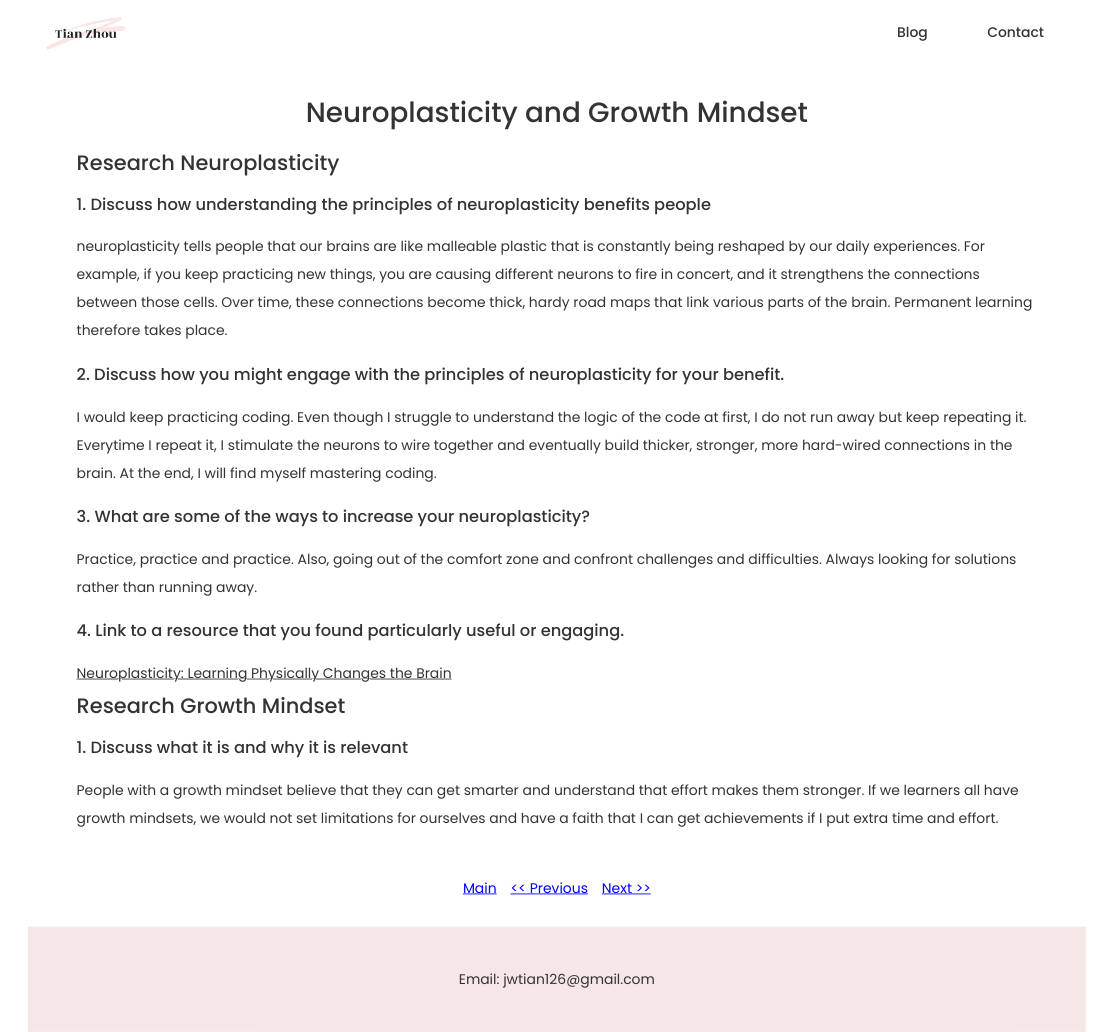
Repository: Tiaanz/Tiaanz.github.io
Page: blog/neuroplasticity.html
These files come from the project's save history. The page is drawn as it stood at one moment and after the next save; the edit follows.
The browser window is 1280 px wide. The pictures show the whole page, at 87% of full size.

Above is the page before, as saved 2023-01-30 14:34:36.

### blog/neuroplasticity.html
<!DOCTYPE html>
<html lang="en">

<head>
    <meta charset="UTF-8">
    <meta http-equiv="X-UA-Compatible" content="IE=edge">
    <meta name="viewport" content="width=device-width, initial-scale=1.0">
    <link rel="stylesheet" href="../styles/main.css">
    <link href="https://fonts.googleapis.com/css2?family=Poppins:wght@300;400;500;600;700;800&display=swap"
        rel="stylesheet">
    <title>Neuroplasticity and Growth Mindset</title>
</head>

<body>
    <div class="container">
        <header>
            <div class="logo">
                <a href="../index.html"><img src="../images/logo.png" alt="logo"></a>
            </div>
            <div class="nav">
                <a href="../index.html#blogs">Blog</a>
                <a href="#footer">Contact</a>
            </div>
        </header>
        <main class="main-blog">
            <h1>Neuroplasticity and Growth Mindset</h1>
            <h2>Research Neuroplasticity</h2>
            <h3>1. Discuss how understanding the principles of neuroplasticity benefits people</h3>
            <p>neuroplasticity tells people that our brains are like malleable plastic that is constantly being reshaped
                by our daily experiences. For example, if you keep practicing new things, you are causing different
                neurons to fire in concert, and it strengthens the connections between those cells. Over time, these
                connections become thick, hardy road maps that link various parts of the brain. Permanent learning
                therefore takes place.
            </p>
            <h3>2. Discuss how you might engage with the principles of neuroplasticity for your benefit.</h3>
            <p>I would keep practicing coding. Even though I struggle to understand the logic of the code at first, I do not run away but keep repeating it. Everytime I repeat it, I stimulate the neurons to wire together and eventually build thicker, stronger, more hard-wired connections in the brain. At the end, I will find myself mastering coding.</p>
            <h3>3. What are some of the ways to increase your neuroplasticity?</h3>
            <p>Practice, practice and practice. Also, going out of the comfort zone and confront challenges and difficulties. Always looking for solutions rather than running away.</p>
            <h3>4. Link to a resource that you found particularly useful or engaging.</h3>
            <p><a href="https://www.edutopia.org/neuroscience-brain-based-learning-neuroplasticity">Neuroplasticity: Learning Physically Changes the Brain</a></p>
            <h2>Research Growth Mindset</h2>
            <h3>1. Discuss what it is and why it is relevant</h3>
            <p>People with a growth mindset believe that they can get smarter and understand that effort makes them stronger. If we learners all have growth mindsets, we would not set limitations for ourselves and have a faith that I can get achievements if I put extra time and effort. </p>
            <h3></h3>
            <div class="page-nav">
                <a href="../index.html">Main</a>
                <a href="./emotional-intelligence.html"> &lt&lt Previous</a>
                <a href="#">Next >></a>
            </div>
        </main>
        <footer id="footer">
            <span>Email: jwtian126@gmail.com</span>
        </footer>
    </div>
</body>

</html>

### styles/main.css
* {
  margin: 0;
  padding: 0;
  box-sizing: border-box;
}

a {
  text-decoration: none;
  color: #333;
}



li{
  list-style: none;
}

img {
  max-width: 100%;
  height: auto;
  vertical-align: middle;
}

body {
  font-family: "Poppins", sans-serif;
  color: #333;
}

.container {
  display: flex;
  flex-direction: column;
  width: 95vw;
  margin: 0 auto;

}

header {
  display: flex;
  justify-content: space-between;
  align-items: center;
  padding: 1rem;
}

.logo {
  width: 100px;
  height: auto;
}



.nav a {
  margin: 0 1rem;
  padding: 0 1rem;
  font-weight: 500;
}

.nav a:hover {
  background-color: #f6e7e6;
}

main {
  display: flex;
  padding: 2rem 3rem;
}

main .profile-image {
  width: 100%;
  flex: 1.5;
  margin-right: 2rem;

}

main .introduction {
  flex: 1;
}

main .introduction h1 {
  margin-bottom: 1.5rem;
  font-weight: 500;
  font-size: 2.5rem;
}

main .introduction p {
  line-height: 2rem;
}

.blogs{
  display: flex;
  padding:1rem 3rem;
  margin-bottom: 2rem;

}

.blogs .tech-blog, .blogs .core-blog {
  flex:1;
  padding:0 3px;
  margin:0 3rem;
  text-align: center;
  border:2px solid #f6e7e6;
  border-radius: 20px;
}



.blogs h3{
  margin: 1rem 0;
  font-weight: 600;
  text-align: center;

}



.blogs a{
  text-decoration: underline;
  line-height: 2rem;
}

.main-blog{
    flex-direction: column;
    align-self: center;
    max-width: 1200px;
}

.main-blog h1{
  margin-bottom: 1rem;
  text-align: center;
  font-size: 2rem;
  font-weight: 500;

}

.main-blog h2{
  font-weight: 500;
}

.main-blog h3{
  font-weight: 500;
  margin:1rem 0;
}

.main-blog ul li{
  margin-bottom: 0.5rem;
}

.main-blog .css-image{
 max-width: 300px;
 margin: 1rem 0;
}

.main-blog .div-image{
  max-width: 600px;
  margin-top: 1rem;
 }

 .main-blog p{
  margin: 0.2rem 0;
  line-height: 2rem;
 }

 .main-blog a{
  text-decoration: underline;
 }

 .main-blog .page-nav{
  margin-top: 1rem;
  display: flex;
  gap:1rem;
  justify-content: center;
 }

 .main-blog .page-nav a{
  color:blue;
  text-decoration: underline;
 }

footer {
  padding: 3rem;
  background-color: #f6e7e6;
  text-align: center;
}

@media screen and (max-width: 1200px) {
  main {
    flex-direction: column;
  }

  main .introduction h1 {
    margin-top: 1rem;
    text-align: center;
  }

  main .introduction p {
    line-height: 2rem;
  }

  .blogs{
  flex-direction: column;
  gap:2rem;
  }

  .blogs .tech-blog, .blogs .core-blog{
    margin:0;
  }

}

@media screen and (max-width: 768px) {
  main {
    padding: 2rem;
  }

  main .introduction h1 {
    font-size: 2rem;
  }

  .main-blog h1{
    font-size: 1.5rem;
  }
}

@media screen and (max-width: 400px) {

    .nav a {
        margin: 0;
        padding: 0 0.4rem;
      }

      .blogs a{
        line-height: 2.5rem;
      }

  }

@media screen and (max-width: 320px) {


  main .introduction h1 {
    font-size: 1rem;
    margin-bottom: 1rem;
  }

  .main-blog h1{
    font-size: 1.2rem;
  }
}

After the next save:
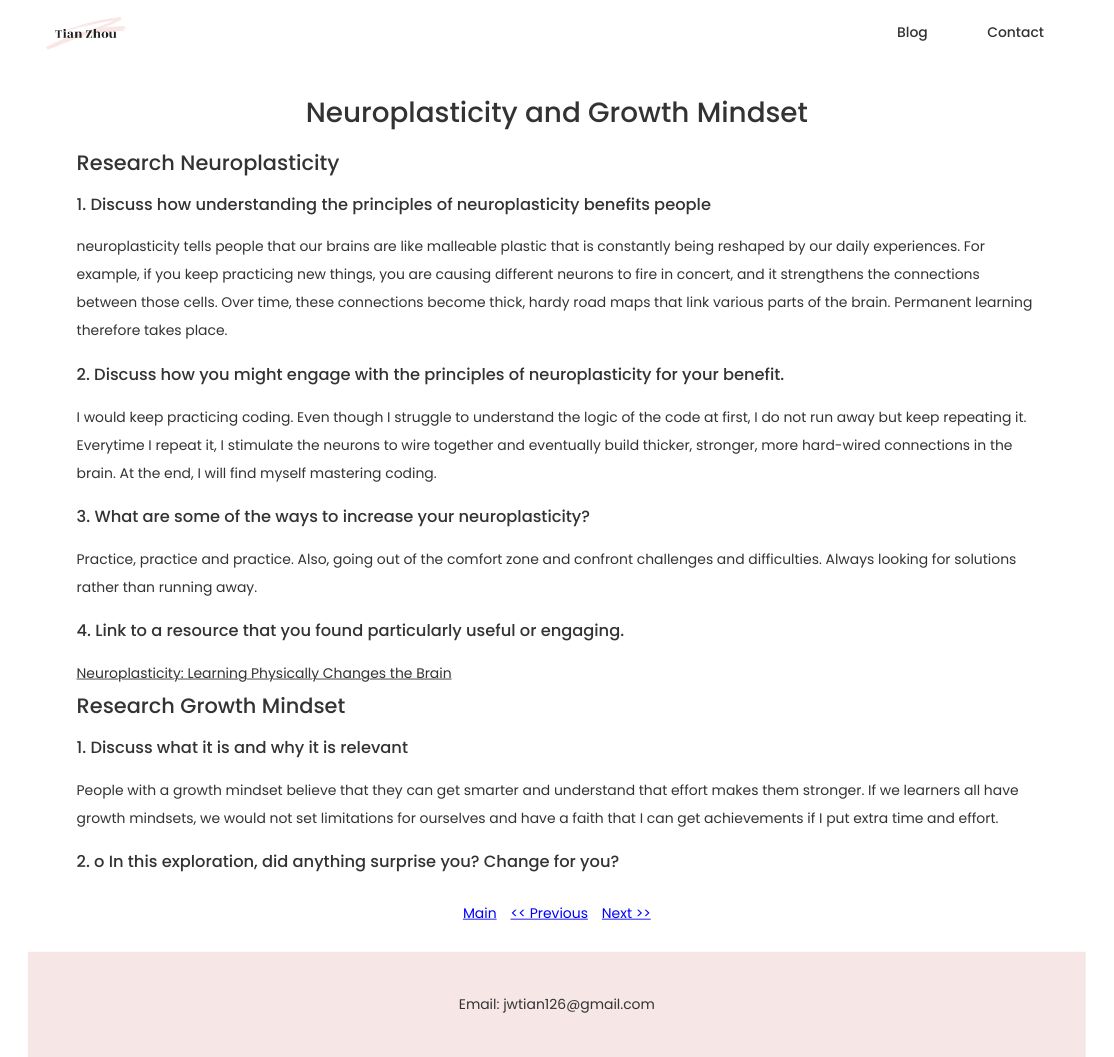
Saved 8 s later.
--- a/blog/neuroplasticity.html
+++ b/blog/neuroplasticity.html
@@ -41,7 +41,7 @@
             <h2>Research Growth Mindset</h2>
             <h3>1. Discuss what it is and why it is relevant</h3>
             <p>People with a growth mindset believe that they can get smarter and understand that effort makes them stronger. If we learners all have growth mindsets, we would not set limitations for ourselves and have a faith that I can get achievements if I put extra time and effort. </p>
-            <h3></h3>
+            <h3>2. o	In this exploration, did anything surprise you? Change for you?</h3>
             <div class="page-nav">
                 <a href="../index.html">Main</a>
                 <a href="./emotional-intelligence.html"> &lt&lt Previous</a>
